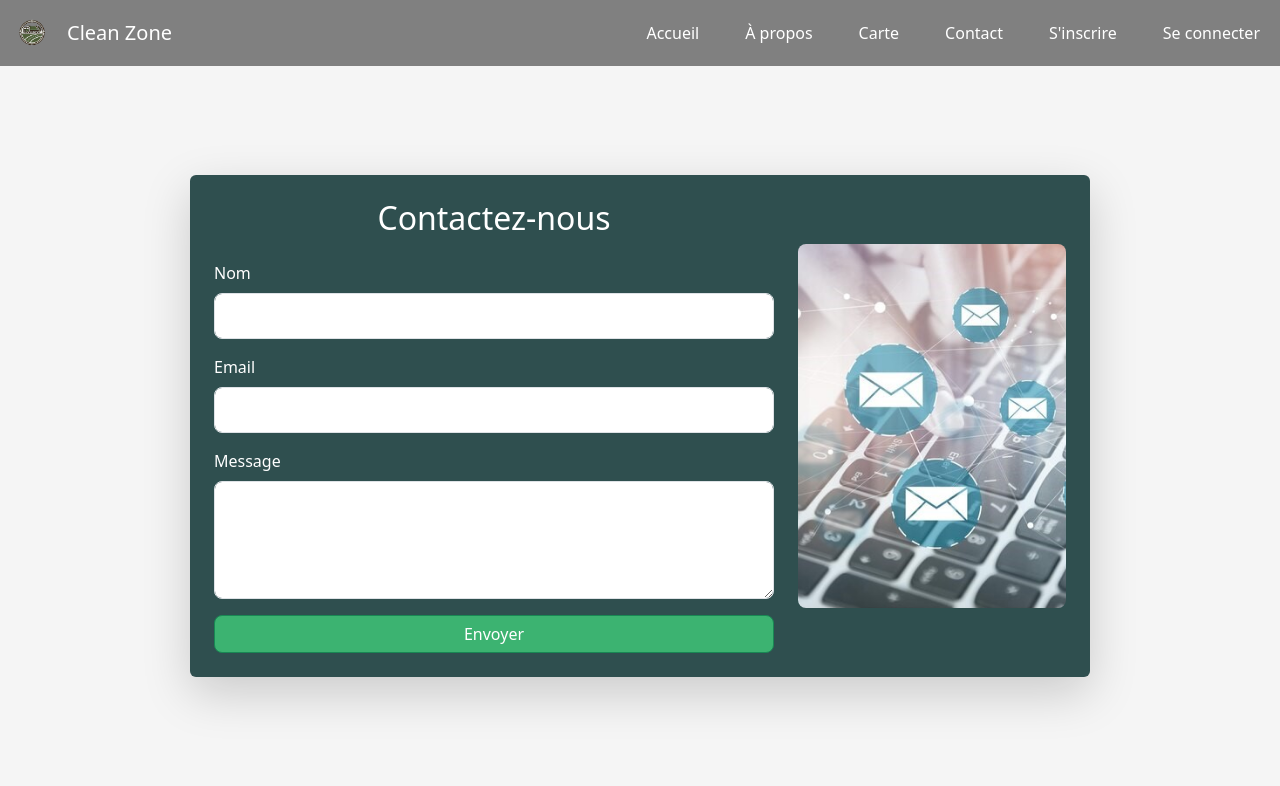
Repository: SystemInfoGeo/QGISproject
Page: /contact (app in NEXT/)
The author's editor kept a copy of each file at every save. The page is drawn from the files as they stood at one save, then again after the next save.
The browser window is 1280 px wide. The pictures show the whole page.
The project was rebuilt for these pictures with package versions that can differ from the ones it lists, and the page was loaded fresh each time. The framework's server and built-in components were replaced by stand-ins that run in the browser. Also part of the build but not shown: NEXT/next.config.mjs.

Above is the page before, as saved 2024-09-16 19:03:36.

After the next save:
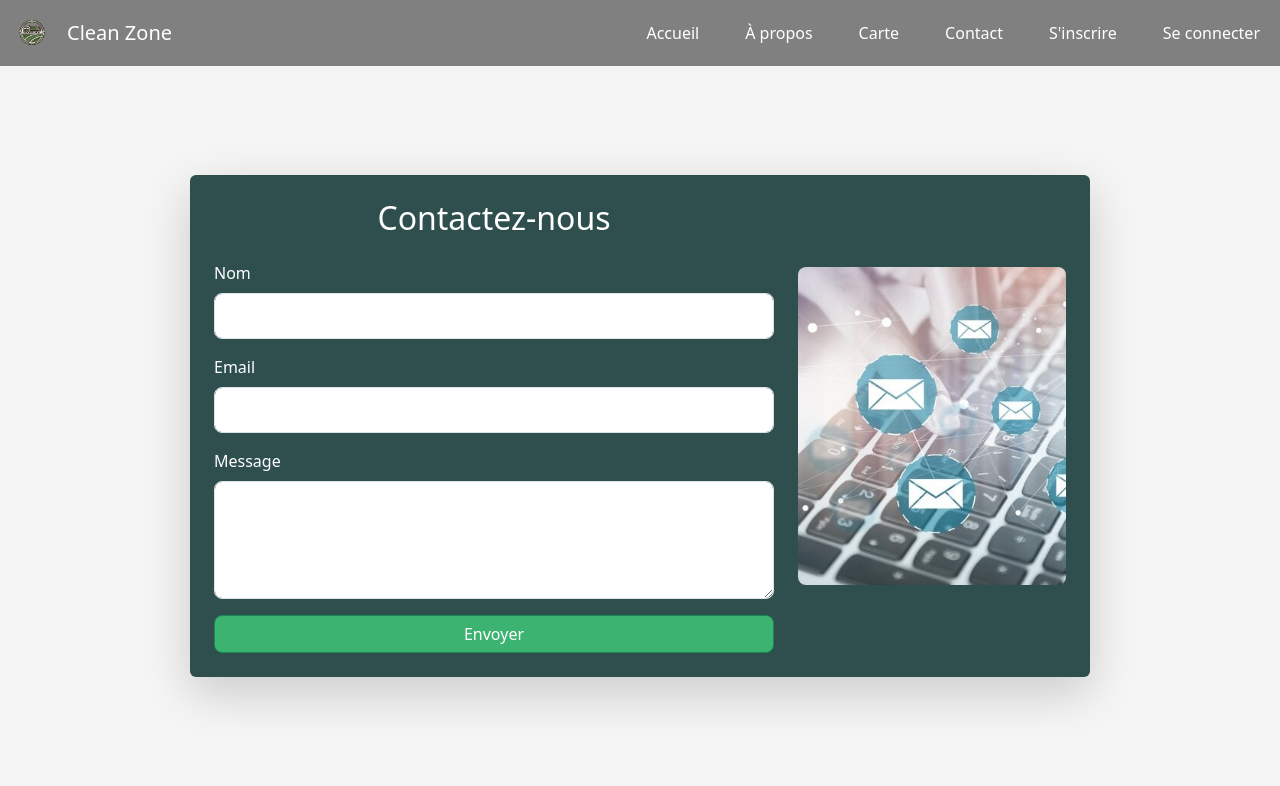
Saved 15 s later.
--- a/NEXT/styles/Contact.css
+++ b/NEXT/styles/Contact.css
@@ -24,7 +24,7 @@
   }
   .contact-form img {
     width: 100%;
-    height: 80%; /* L'image prendra la hauteur totale du conteneur */
+    height: 70%; /* L'image prendra la hauteur totale du conteneur */
     object-fit: cover;
     border-radius: 8px;
   }
